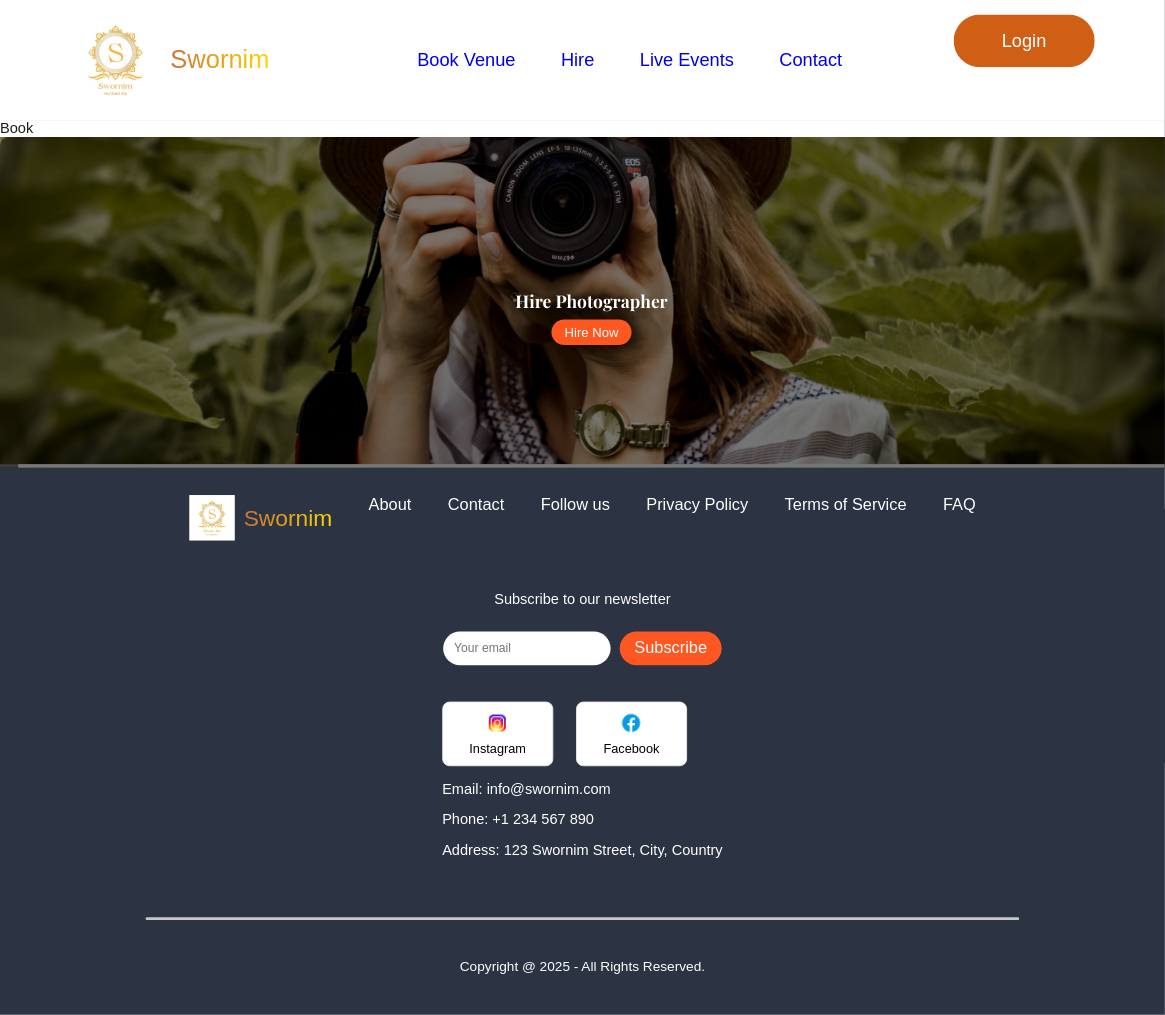
Repository: leonischu/Swornim
Page: / (app in frontend/)
An editor plug-in stored every save of this project. The page is shown before and after the next save, followed by the edit.
The browser window is 1280 px wide. The pictures show the whole page, at 91% of full size.
Pictures or frames that could not be fetched are drawn as grey boxes. The project was rebuilt for these pictures with package versions that can differ from the ones it lists, and the page was loaded fresh each time. Also part of the build but not shown: frontend/src/App.css, frontend/src/Pages/Contact.jsx, frontend/src/Pages/LoginSignup.jsx.

Above is the page before, as saved 2025-06-01 18:35:38.

After the next save:
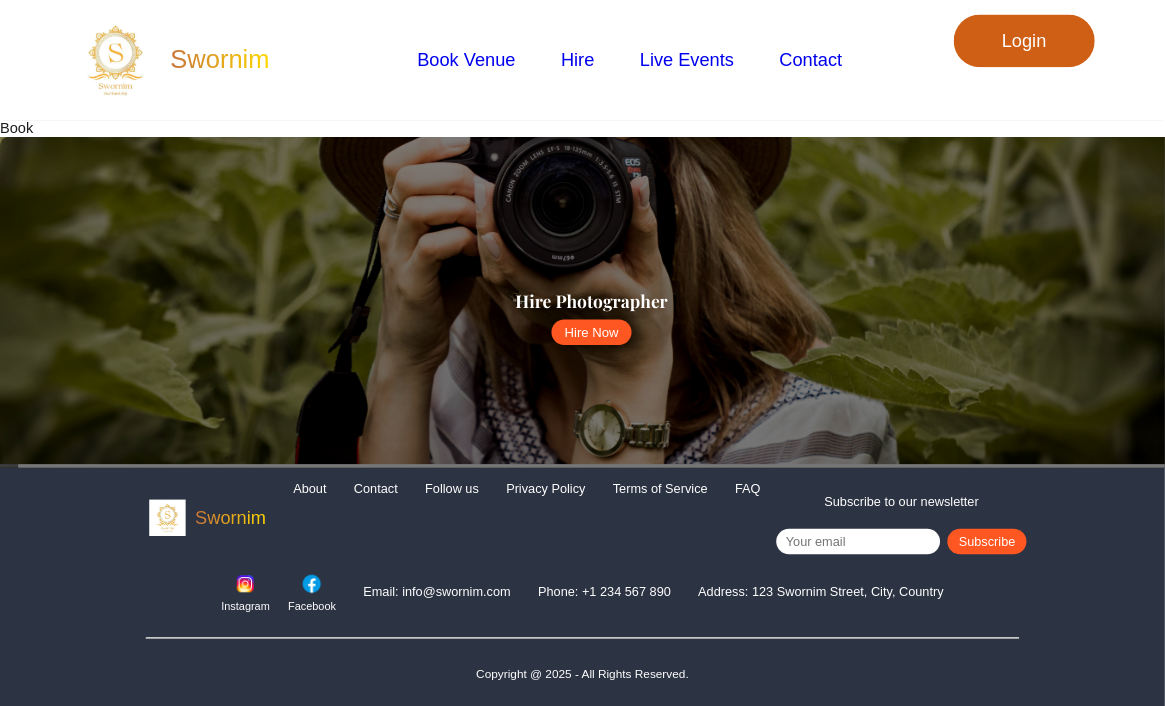
Saved 16 s later.
--- a/frontend/src/Components/Footer/Footer.css
+++ b/frontend/src/Components/Footer/Footer.css
@@ -3,19 +3,20 @@
   flex-direction: column;
   justify-content: center;
   align-items: center;
-  gap: 40px;
-  padding: 30px 0;
+  gap: 20px;            /* Reduced gap to slim */
+  padding: 15px 0;      /* Reduced vertical padding */
   background-color: rgba(44, 51, 66, 1);
   color: white;
   font-family: Arial, sans-serif;
+  font-size: 14px;      /* Slightly smaller font */
 }
 
-/* Top container to hold multiple sections */
+/* Top container */
 .footer-top {
   display: flex;
   flex-wrap: wrap;
   justify-content: center;
-  gap: 40px;
+  gap: 30px;
   width: 90%;
   max-width: 1200px;
 }
@@ -28,7 +29,7 @@
 }
 
 .footer_logo img {
-  width: 50px;
+  width: 40px;   /* Smaller logo */
   height: auto;
 }
 
@@ -36,7 +37,7 @@
   background: linear-gradient(to right, rgba(199, 116, 57, 1), #FFD700);
   -webkit-background-clip: text;
   -webkit-text-fill-color: transparent;
-  font-size: 25px;
+  font-size: 20px;
   font-weight: 500;
   margin: 0;
 }
@@ -46,11 +47,10 @@
   display: flex;
   flex-wrap: wrap;
   list-style: none;
-  gap: 25px 40px;
+  gap: 20px 30px;
   padding: 0;
   margin: 0;
-  font-size: 18px;
-  cursor: default;
+  font-size: 14px;
 }
 
 .footer-links li {
@@ -62,45 +62,38 @@
   color: #ffa500;
 }
 
-/* Contact Info */
-.footer-contact-info {
-  font-size: 16px;
-  line-height: 1.6;
-  max-width: 250px;
-  text-align: center;
-}
-
 /* Newsletter */
 .footer-newsletter {
   display: flex;
   flex-direction: column;
   align-items: center;
-  gap: 10px;
+  gap: 8px;
   max-width: 250px;
   text-align: center;
-  font-size: 16px;
 }
 
 .newsletter-form {
   display: flex;
-  gap: 10px;
+  gap: 8px;
 }
 
 .footer-newsletter input {
-  padding: 8px 12px;
+  padding: 6px 10px;
   border-radius: 20px;
   border: none;
   width: 160px;
   outline: none;
+  font-size: 14px;
 }
 
 .footer-newsletter button {
-  padding: 8px 16px;
+  padding: 6px 12px;
   border-radius: 20px;
   border: none;
   background-color: #ff5722;
   color: white;
   cursor: pointer;
+  font-size: 14px;
   transition: background-color 0.3s ease;
 }
 
@@ -108,30 +101,40 @@
   background-color: #e64a19;
 }
 
-/* Social icons with label */
+/* Bottom container for social + contact */
+.footer-bottom {
+  display: flex;
+  flex-wrap: wrap;
+  justify-content: center;
+  align-items: center;
+  gap: 30px;
+  width: 90%;
+  max-width: 1200px;
+}
+
+/* Social icons inline, no background */
 .footer-social-icon {
   display: flex;
-  gap: 25px;
+  gap: 20px;
 }
 
 .footer-icons-container {
   display: flex;
   flex-direction: column;
   align-items: center;
-  padding: 10px 15px;
-  background: white;
-  border: 1px solid #ebebeb;
-  color: black;
-  gap: 8px;
+  gap: 5px;
   text-decoration: none;
-  border-radius: 8px;
-  width: 90px;
-  transition: background-color 0.3s ease;
+  color: white;
+  background: none;          /* No background */
+  border: none;              /* No border */
+  padding: 0;
+  width: auto;
+  cursor: pointer;
+  transition: color 0.3s ease;
 }
 
 .footer-icons-container:hover {
-  background-color: #ff5722;
-  color: white;
+  color: #ff5722;
 }
 
 .footer-icons-container img {
@@ -141,8 +144,22 @@
 }
 
 .footer-icons-container span {
+  font-size: 12px;
+  color: inherit;
+}
+
+/* Contact info in one line */
+.footer-contact-info-inline {
+  display: flex;
+  gap: 30px;
+  flex-wrap: wrap;
+  justify-content: center;
   font-size: 14px;
-  color: inherit;
+  line-height: 1.4;
+}
+
+.footer-contact-info-inline p {
+  margin: 0;
 }
 
 /* Copyright */
@@ -150,11 +167,11 @@
   display: flex;
   flex-direction: column;
   align-items: center;
-  gap: 20px;
+  gap: 12px;
   width: 100%;
   max-width: 1200px;
   color: white;
-  font-size: 15px;
+  font-size: 13px;
   text-align: center;
 }
 
@@ -162,6 +179,6 @@
   width: 80%;
   border: none;
   border-radius: 10px;
-  height: 3px;
+  height: 2px;
   background: #c7c7c7;
 }
